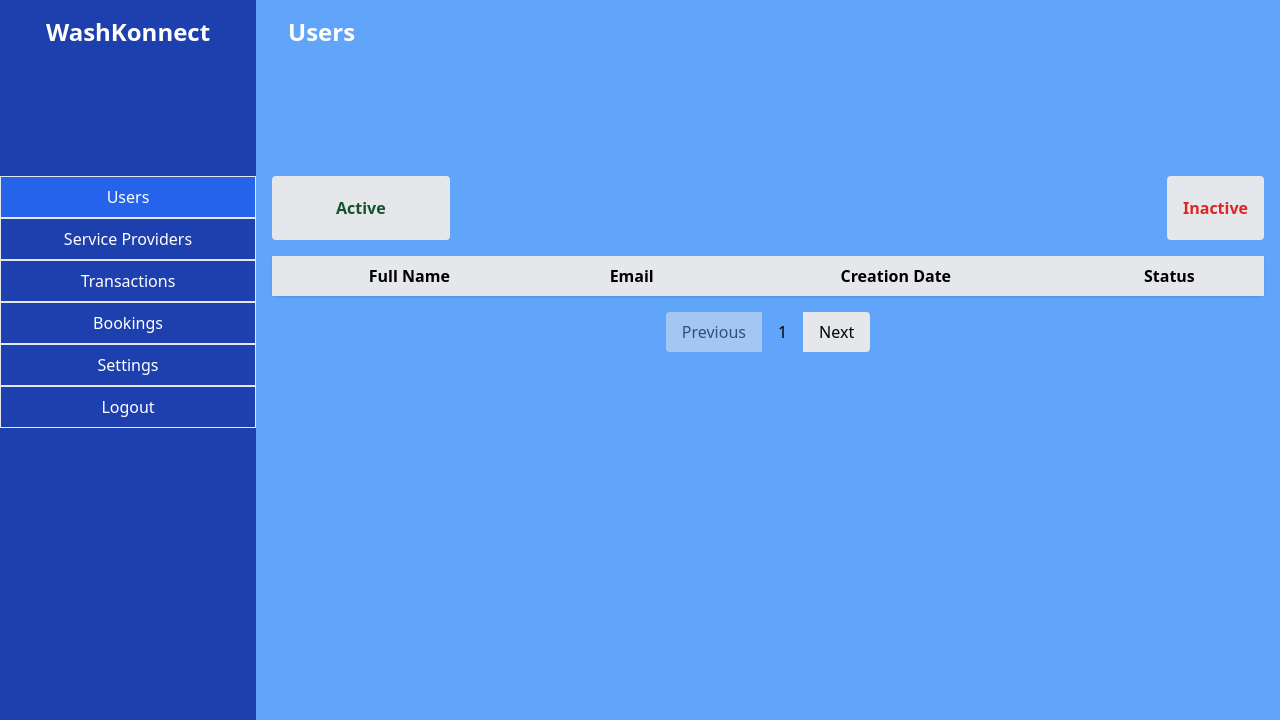
Repository: TEKVOLUTION-LTD/Admin-washKonnect
Page: /dashboard/users (app in Admin-WashKonnect/)
An editor plug-in stored every save of this project. The page is shown before and after the next save, followed by the edit.
The browser window is 1280 px wide. The pictures show the whole page.
The page's requests for data from a server got no answer. The project was rebuilt for these pictures with package versions that can differ from the ones it lists, and the page was loaded fresh each time. No one was signed in, and anything a server would have sent is missing. Also part of the build but not shown: Admin-WashKonnect/vite.config.js, Admin-WashKonnect/src/pages/LoginPage.jsx, Admin-WashKonnect/src/pages/ServiceProviderPage.jsx, Admin-WashKonnect/src/pages/TransactionsPage.jsx, Admin-WashKonnect/src/pages/BookingsPage.jsx, Admin-WashKonnect/src/pages/SettingsPage.jsx, Admin-WashKonnect/src/pages/LogoutPage.jsx.

Above is the page before, as saved 2024-11-20 09:42:10.

After the next save:
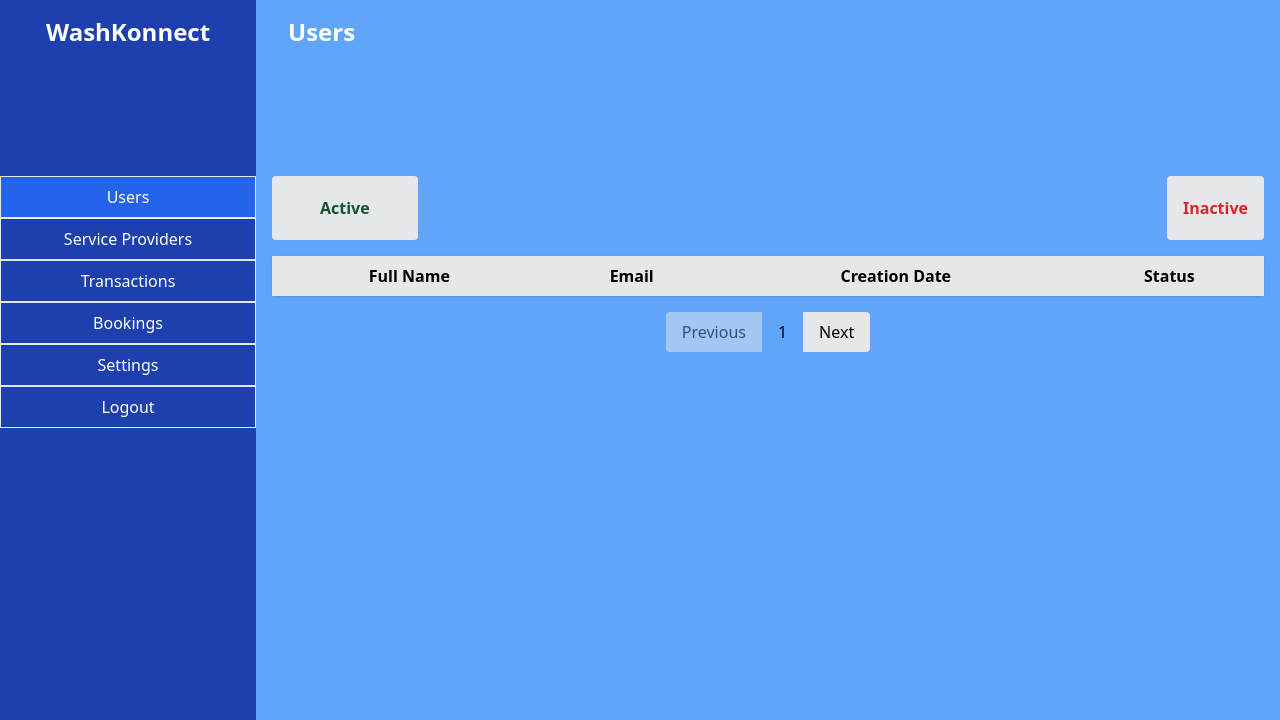
Saved 17 s later.
--- a/Admin-WashKonnect/src/components/UsersPage.jsx
+++ b/Admin-WashKonnect/src/components/UsersPage.jsx
@@ -30,7 +30,7 @@ const UserPage = () => {
 
         <button
           onClick={() => setFilter("active")}
-          className={`px-[4rem] py-5 rounded ${
+          className={`px-[3rem] py-5 rounded ${
             filter === "active" ? "bg-gray-200 text-green-900 font-bold" : "bg-gray-200 "
           }`}
         >
